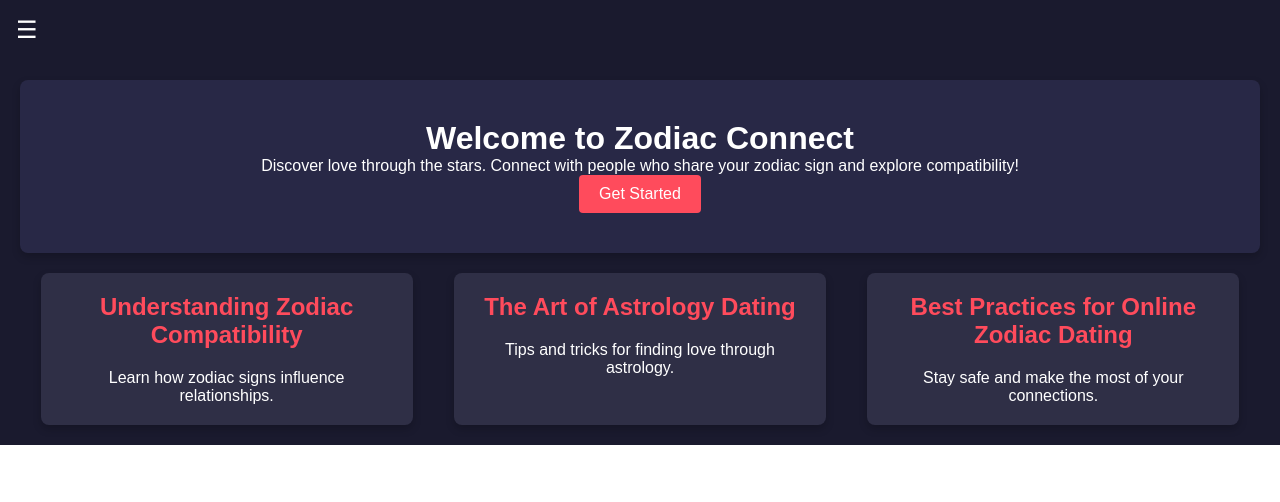
Repository: prachi-d-2/zodiac
Page: / (app in client/)
An editor plug-in stored every save of this project. The page is shown before and after the next save, followed by the edit.
The browser window is 1280 px wide. The pictures show the whole page.
The project was rebuilt for these pictures with package versions that can differ from the ones it lists, and the page was loaded fresh each time. Also part of the build but not shown: client/src/services/authService.js, client/src/components/LoginRegister.css, client/src/components/LoginRegister.js, client/src/components/Forum.js, client/src/components/Profile.css, client/src/components/Profile.js, client/src/components/Horoscope.js, client/src/components/Connect.css and 1 more.

Above is the page before, as saved 2024-11-08 01:20:26.

### client/src/index.js
import React from 'react';
import App from './App'; // your main React component
import './index.css';
import './theme.css'; // Importing the global theme styles
import ReactDOM from 'react-dom/client';

const root = ReactDOM.createRoot(document.getElementById('root'));
root.render(<App />);

### client/src/App.js
// client/src/App.js
import React, { useState, useEffect } from 'react';
import { BrowserRouter as Router, Route, Routes, Navigate } from 'react-router-dom';
import Navbar from './components/Navbar';
import Home from './components/Home';
import LoginRegister from './components/LoginRegister';
import Forum from './components/Forum';
import Profile from './components/Profile';
import Horoscope from './components/Horoscope';
import Connections from './components/Connect';

function App() {
  const [isLoggedIn, setIsLoggedIn] = useState(false);

  useEffect(() => {
    // Check for token in localStorage to maintain login state on refresh
    if (localStorage.getItem('token')) {
      setIsLoggedIn(true);
    }
  }, []);

  return (
    <Router>
      <Navbar isLoggedIn={isLoggedIn} setIsLoggedIn={setIsLoggedIn} />
      <div className="App">
        <Routes>
          <Route path="/" element={<Home />} />
          <Route path="/loginregister" element={<LoginRegister setIsLoggedIn={setIsLoggedIn} />} />
          <Route path="/forum" element={<Forum />} />
          <Route path="/horoscope" element={<Horoscope />} />
          <Route path="/profile" element={isLoggedIn ? <Profile /> : <Navigate to="/loginregister" replace />} />
          <Route path="/connect" element={isLoggedIn ? <Connections /> : <Navigate to="/loginregister" replace />} />
        </Routes>
      </div>
    </Router>
  );
}

export default App;

### client/src/theme.css
:root {
    --primary-color: #1a1a2e;
    --secondary-color: #16213e;
    --accent-color: #0f3460;
    --text-color: #e94560;
    --background-color: #ffffff;
  }

  body {
    margin: 0;
    font-family: Arial, sans-serif;
    background-color: var(--background-color);
    color: var(--text-color);
  }

  .navbar {
    background-color: var(--primary-color);
    padding: 1rem;
  }

  .navbar a {
    color: var(--text-color);
    text-decoration: none;
    margin: 0 1rem;
  }

  .navbar a:hover {
    color: var(--accent-color);
  }

  .profile-container {
    padding: 2rem;
  }

  .profile-header {
    font-size: 2rem;
    color: var(--primary-color);
  }

  .profile-section {
    margin-top: 1rem;
  }

  .profile-section label {
    font-weight: bold;
    color: var(--secondary-color);
  }

  .profile-section input, .profile-section textarea {
    display: block;
    margin-top: 0.5rem;
    padding: 0.5rem;
    width: 100%;
    max-width: 400px;
    border: 1px solid var(--secondary-color);
    border-radius: 4px;
  }

  .edit-profile-button {
    margin-top: 1rem;
    padding: 0.5rem 1rem;
    background-color: var(--accent-color);
    color: var(--background-color);
    border: none;
    border-radius: 4px;
    cursor: pointer;
  }

  .edit-profile-button:hover {
    background-color: var(--text-color);
  }

### client/src/components/Navbar.js
// client/src/components/Navbar.js
import React, { useState } from 'react';
import { Link, useNavigate } from 'react-router-dom';
import './Navbar.css';

function Navbar({ isLoggedIn, setIsLoggedIn }) {
  const [isOpen, setIsOpen] = useState(false);
  const navigate = useNavigate();

  const toggleMenu = () => setIsOpen(!isOpen);

  const handleLogout = () => {
    localStorage.removeItem('token'); // Clear the token
    setIsLoggedIn(false);
    navigate('/'); // Redirect to homepage or login page
  };

  return (
    <nav className="navbar">
      <button onClick={toggleMenu} className="menu-button">
        ☰
      </button>
      <ul className={`nav-links ${isOpen ? 'show' : ''}`}>
        <li><Link to="/">Home</Link></li>
        <li><Link to="/loginregister">Login/Register</Link></li>
        <li><Link to="/forum">Forum</Link></li>
        <li><Link to="/horoscope">Today's Horoscope</Link></li>
        {isLoggedIn && (
          <>
            <li><Link to="/profile">Profile</Link></li>
            <li><Link to="/connect">Connect</Link></li>
            <li><span onClick={handleLogout} className="logout-link">Log out</span></li>
            <li><span className="logged-in-indicator">Logged in</span></li>
          </>
        )}
      </ul>
    </nav>
  );
}

export default Navbar;

### client/src/components/Home.js
import React from 'react';
import './Home.css';

function Home() {
  return (
    <div className="home-container">
      <div className="welcome-banner">
        <h1>Welcome to Zodiac Connect</h1>
        <p>Discover love through the stars. Connect with people who share your zodiac sign and explore compatibility!</p>
        <button className="get-started-button">Get Started</button>
      </div>
      <div className="content-section">
        <div className="content-card">
          <h2>Understanding Zodiac Compatibility</h2>
          <p>Learn how zodiac signs influence relationships.</p>
        </div>
        <div className="content-card">
          <h2>The Art of Astrology Dating</h2>
          <p>Tips and tricks for finding love through astrology.</p>
        </div>
        <div className="content-card">
          <h2>Best Practices for Online Zodiac Dating</h2>
          <p>Stay safe and make the most of your connections.</p>
        </div>
      </div>
    </div>
  );
}

export default Home;

### client/src/components/Navbar.css
.navbar {
    background-color: #1a1a2e;
    color: #ffffff;
    padding: 10px;
  }

  .menu-button {
    background: none;
    border: none;
    color: #ffffff;
    font-size: 24px;
  }

  .nav-links {
    display: none;
    list-style-type: none;
    padding: 0;
  }

  .nav-links.show {
    display: block;
  }

  .nav-links li {
    margin: 10px 0;
  }

  .nav-links a {
    color: #ffffff;
    text-decoration: none;
  }

  /* client/src/components/Navbar.css */
.logged-in-indicator {
  color: #4caf50; /* Green color for 'Logged in' */
  margin-left: 10px;
}

.logout-link {
  color: red;
  cursor: pointer;
  margin-left: 10px;
}

### client/src/components/Home.css
.home-container {
    background-color: #1a1a2e;
    color: #ffffff;
    text-align: center;
    padding: 20px;
    font-family: Arial, sans-serif;
  }

  .welcome-banner {
    background-color: #282846;
    padding: 40px;
    border-radius: 8px;
    margin-bottom: 20px;
    box-shadow: 0px 4px 8px rgba(0, 0, 0, 0.2);
  }

  .get-started-button {
    background-color: #ff4b5c;
    color: #ffffff;
    border: none;
    padding: 10px 20px;
    font-size: 16px;
    border-radius: 4px;
    cursor: pointer;
  }

  .get-started-button:hover {
    background-color: #ff6b7a;
  }

  .content-section {
    display: flex;
    justify-content: space-around;
    margin-top: 20px;
  }

  .content-card {
    background-color: #2f2f46;
    padding: 20px;
    border-radius: 8px;
    width: 30%;
    box-shadow: 0px 4px 8px rgba(0, 0, 0, 0.2);
  }

  .content-card h2 {
    color: #ff4b5c;
  }

### client/src/components/Forum.css
/* Forum.css */
* {
  margin: 0;
  padding: 0;
  box-sizing: border-box;
}

body, html {
  width: 100%;
  height: 100%;
  background-color: #1a1a2e;
  color: #ffffff;
  font-family: Arial, sans-serif;
  overflow-x: hidden;
}

.forum-container {
  width: 100%;
  height: 100%;
  padding: 20px;
  border-radius: 0;  /* Remove rounded corners */
}

h2 {
  text-align: center;
  color: #ff4b5c;
  margin-bottom: 20px;
}

.post-form {
  display: flex;
  flex-direction: column;
  gap: 10px;
  margin-bottom: 20px;
}

.post-form input,
.post-form textarea {
  width: 100%;
  padding: 10px;
  border-radius: 5px;
  border: 1px solid #3c3c4e;
  background-color: #282846;
  color: #ffffff;
  outline: none;
}

.post-form button {
  background-color: #ff4b5c;
  color: #ffffff;
  border: none;
  cursor: pointer;
  padding: 10px;
  width: 100%;
  font-size: 1rem;
  border-radius: 5px;
  transition: background-color 0.3s ease;
}

.post-form button:hover {
  background-color: #ff6f7b;
}

.error-message {
  color: #ff4b5c;
  text-align: center;
  margin-bottom: 10px;
}

.posts {
  margin-top: 20px;
}

.post {
  background-color: #282846;
  padding: 15px;
  margin-top: 15px;
  border-radius: 5px;
  transition: background-color 0.3s;
  cursor: pointer;
}

.post:hover {
  background-color: #3c3c4e;
}

.post h3 {
  color: #ff4b5c;
  font-size: 1.2rem;
  margin: 0 0 10px;
}

.post p {
  color: #b3b3cc;
  font-size: 1rem;
  line-height: 1.5;
  white-space: nowrap;
  overflow: hidden;
  text-overflow: ellipsis;
  max-width: 100%;
}

.post-actions {
  display: flex;
  justify-content: space-between;
  margin-top: 10px;
}

.post-actions span {
  color: #ff4b5c;
  cursor: pointer;
  font-size: 0.9rem;
  display: inline-flex;
  align-items: center;
  gap: 5px;
  transition: color 0.3s;
}

.post-actions span:hover {
  color: #ff6f7b;
}

/* Mobile Responsive */
@media (max-width: 600px) {
  .forum-container {
    padding: 15px;
  }

  .post-form button {
    font-size: 0.9rem;
  }

  .post h3 {
    font-size: 1rem;
  }

  .post p {
    font-size: 0.9rem;
  }
}

Loaded but not shown: client/public/index.html (common file); client/src/index.css (common file)

After the next save:
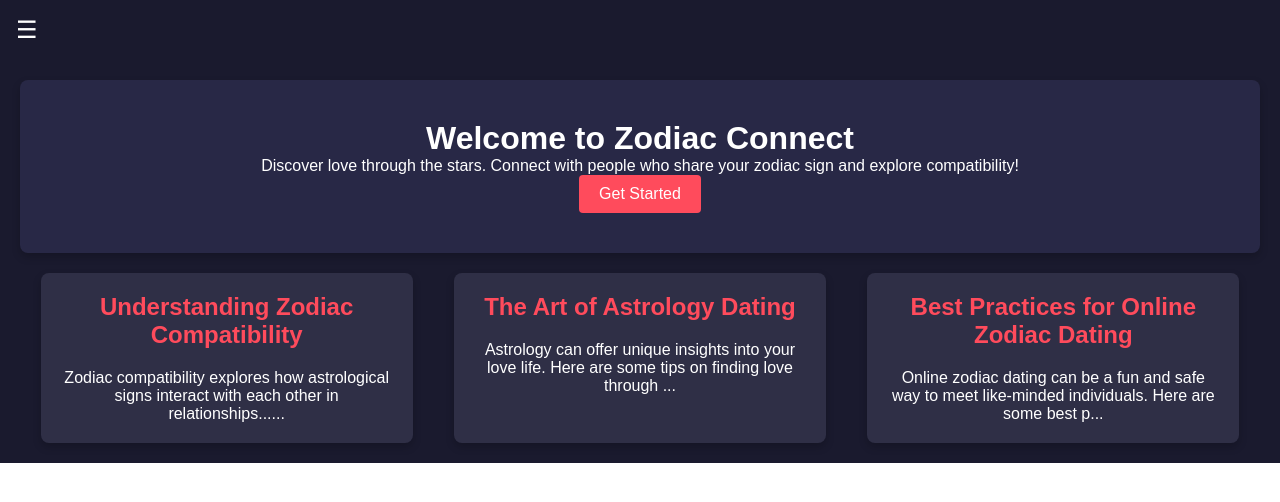
Saved 3 min 52 s later.
--- a/client/src/components/Home.js
+++ b/client/src/components/Home.js
@@ -1,7 +1,33 @@
+// client/src/components/Home.js
 import React from 'react';
+import { useNavigate } from 'react-router-dom';
 import './Home.css';
 
 function Home() {
+  const navigate = useNavigate();
+
+  const articles = [
+    {
+      id: 1,
+      title: 'Understanding Zodiac Compatibility',
+      content: 'Zodiac compatibility explores how astrological signs interact with each other in relationships...',
+    },
+    {
+      id: 2,
+      title: 'The Art of Astrology Dating',
+      content: 'Astrology can offer unique insights into your love life. Here are some tips on finding love through astrology...',
+    },
+    {
+      id: 3,
+      title: 'Best Practices for Online Zodiac Dating',
+      content: 'Online zodiac dating can be a fun and safe way to meet like-minded individuals. Here are some best practices...',
+    },
+  ];
+
+  const handleCardClick = (article) => {
+    navigate('/article', { state: article }); // Passing article data to the new page
+  };
+
   return (
     <div className="home-container">
       <div className="welcome-banner">
@@ -10,18 +36,16 @@ function Home() {
         <button className="get-started-button">Get Started</button>
       </div>
       <div className="content-section">
-        <div className="content-card">
-          <h2>Understanding Zodiac Compatibility</h2>
-          <p>Learn how zodiac signs influence relationships.</p>
-        </div>
-        <div className="content-card">
-          <h2>The Art of Astrology Dating</h2>
-          <p>Tips and tricks for finding love through astrology.</p>
-        </div>
-        <div className="content-card">
-          <h2>Best Practices for Online Zodiac Dating</h2>
-          <p>Stay safe and make the most of your connections.</p>
-        </div>
+        {articles.map((article) => (
+          <div
+            key={article.id}
+            className="content-card"
+            onClick={() => handleCardClick(article)}
+          >
+            <h2>{article.title}</h2>
+            <p>{article.content.substring(0, 100)}...</p> {/* Display first 100 characters */}
+          </div>
+        ))}
       </div>
     </div>
   );
